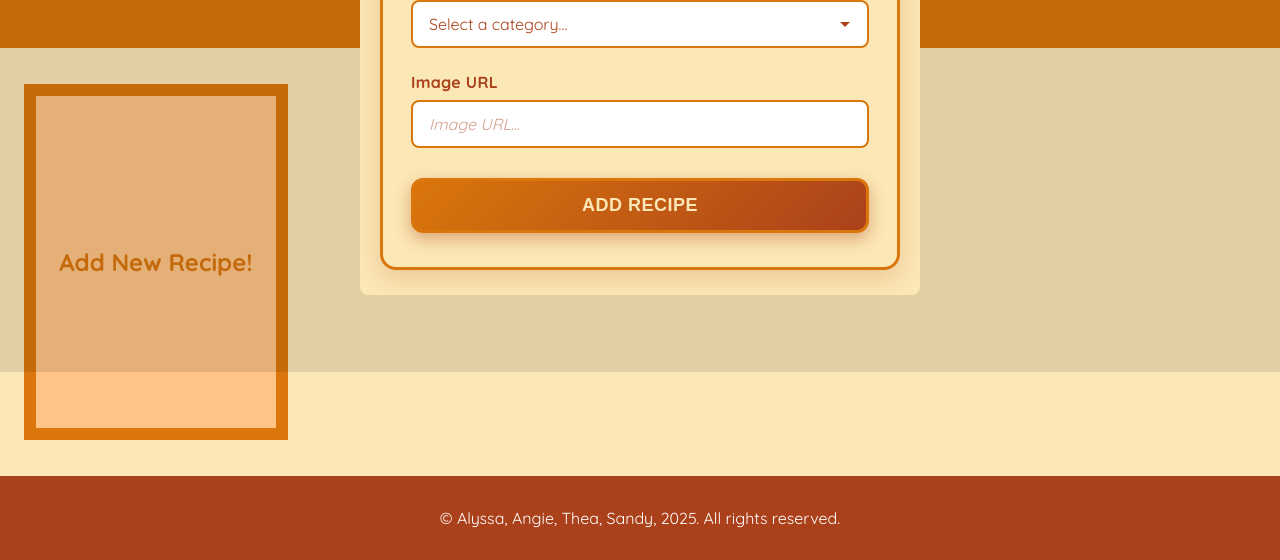
Repository: AlyssaHug/Recipes
Page: /, after clicking the first element matching `button.button`
These files come from the project's save history. The page is drawn as it stood at one moment and after the next save; the edit follows.
The browser window is 1280 px wide. The pictures show the part of the page from y = 348 to 908 px (the page is 908 px tall).
The pointer rests on the first visible `.create-button`.
The page's requests for data from a server got no answer. The project was rebuilt for these pictures with package versions that can differ from the ones it lists, and the page was loaded fresh each time. No one was signed in, and anything a server would have sent is missing. Also part of the build but not shown: vite.config.js, src/components/Card.jsx.

Above is the page before, as saved 2025-11-15 04:16:46.

### src/index.css
/*====CSS Variables====*/
:root {
    /* Color Variables - using existing colors only */
    --primary-color: #ab411b;
    --secondary-color: #da760b;
    --tertiary-color: #e9b883;
    --fourth-color: #ffc486;
    --light-color: #fce7b6;

    /* Font Variables */
    --font-family: "Quicksand", arial;
    --font-size-large: 24px;
    --font-size-medium: 16px;
    --font-weight-bold: bold;
    --font-weight-medium: 500;
}

/*====Header Styles====*/
header {
    background-color: var(--secondary-color);
    padding: 3em 4em;
    justify-content: center;
    margin-bottom: 5vh;
    display: flex;
    > .header-content {
        display: flex;
        flex-direction: column;
        justify-content: center;
        margin-right: 60px;
    }
}
.header-content h1 {
    margin: 0;
    font-size: 3em;
    color: white;
    text-align: center;
}
span {
    font-weight: var(--font-weight-bold);
}
.header-content p {
    margin: 0;
    font-size: 1.25em;
    color: var(--light-color);
    margin-bottom: 20px;
}
.header-img {
    max-width: 200px;
    border-radius: 10%;
}

/*====Card Styles====*/
.card {
    width: 264px;
    height: 356px;
    position: relative;
    align-items: center;
    border: 6px solid var(--primary-color);
    text-align: center;
    background-color: var(--tertiary-color);
}
.title {
    color: var(--primary-color);
    font-weight: var(--font-weight-bold);
    margin-top: 0;
    margin-bottom: 12px;
}
.recipe_name {
    color: var(--primary-color);
    font-weight: var(--font-weight-bold);
    font-size: var(--font-size-large);
    margin-top: 0;
    margin-bottom: 12px;
}
.view,
a {
    text-decoration: none;
    color: var(--light-color);
    background-color: var(--primary-color);
    cursor: pointer;
    font-weight: var(--font-weight-medium);
    font-size: var(--font-size-medium);
    margin: 4px 8px 0;
    padding: 10px;
}
.cardImg {
    max-width: 220px;
    margin: 20px;
}
.card.selected {
    border: 6px solid var(--secondary-color);
    color: var(--light-color);
    background-color: var(--fourth-color);
    .recipe_name {
        color: var(--secondary-color);
    }
    .view,
    a {
        color: var(--primary-color);
        background-color: var(--secondary-color);
        font-weight: 800;
    }
}

/* Saving icon(archive) */
/*
 * SVG COLOR METHODS:
 *
 * Method 1: CSS Filters (current approach - works with <img> tags)
 * - Use filter property to change colors
 * - White: filter: brightness(0) invert(1);
 * - Black: filter: brightness(0);
 * - Custom colors: Use filter generators or adjust sepia/hue-rotate
 *
 * Method 2: Inline SVG (better control - requires changing Card.jsx)
 * - Change <img> to inline <svg> in Card.jsx
 * - Then use: color: var(--primary-color); or fill: currentColor;
 * - Your SVG files already use currentColor, so this would work perfectly
 */
.archive-icon {
    position: absolute;
    top: 10px;
    right: 10px;
    background: white;
    border: 2px solid var(--primary-color);
    border-radius: 50%;
    width: 40px;
    height: 40px;
    display: flex;
    align-items: center;
    justify-content: center;
    cursor: pointer;
    z-index: 10;
    padding: 0;
}
.archive-icon:hover {
    background: var(--light-color);
}
.archive-icon-img {
    width: 25px;
    height: 25px;
    display: block;
    /* Method 1: CSS Filter - Change color using filters */
    /* For primary color (brownish): */
    filter: brightness(0) saturate(100%) invert(25%) sepia(60%) saturate(2000%)
        hue-rotate(350deg) brightness(0.7);
    /* For white: filter: brightness(0) invert(1); */
    /* For black: filter: brightness(0); */
}
.archive-icon.filled {
    background: var(--secondary-color);
    border-color: var(--secondary-color);
}
.archive-icon.filled .archive-icon-img {
    /* White icon for filled state */
    filter: brightness(0) invert(1);
}
.archive-icon.filled:hover {
    background: var(--primary-color);
    border-color: var(--primary-color);
}
/*====Button Styles====*/
.button {
    width: 264px;
    height: 356px;
    font-family: var(--font-family);
    font-size: var(--font-size-large);
    font-weight: var(--font-weight-bold);
    color: var(--secondary-color);
    background-color: var(--fourth-color);
    border: 12px solid var(--secondary-color);
    text-align: center;
    margin-left: 24px;
    cursor: pointer;
    padding: 16px;
}

/*====Footer Styles====*/
footer {
    background-color: var(--primary-color);
    color: white;
    text-align: center;
    margin-top: 5vh;
    padding: 1em 0;
    bottom: 0;
    width: 100%;
}

### src/App.jsx
import "./App.css";
import React, { useState, useEffect } from "react";
import Recipe from "./components/Card";
import Add from "./components/Add";
import Header from "./components/Header";
import Footer from "./components/Footer";

function App() {
    const [recipes, setRecipes] = useState([]);
    useEffect(() => {
        fetch("https://www.themealdb.com/api/json/v1/1/search.php?s=")
            .then((response) => {
                if (!response.ok) {
                    throw new Error("Network response was not ok");
                }
                return response.json();
            })
            .then((data) => {
                if (data.meals) {
                    setRecipes(data.meals);
                } else {
                    setError("No recipes found.");
                }
            });
    }, []);

    function showRecipes(recipe) {
        return <Recipe recipe={recipe} />;
    }

    return (
        <div>
            <Header />
            <Add />
            <div className='recipes'>{recipes.map(showRecipes)}</div>

            <Footer />
        </div>
    );
}

export default App;

### src/App.css
@import url("https://fonts.googleapis.com/css2?family=Quicksand:wght@300..700&display=swap");
html,
body {
    background: #fce7b6;
    margin: 0;
    padding: 0;
    font-family: "Quicksand", arial;
}

main {
    flex: 1 0 auto; /* Allows main content to grow and not shrink */
    font-family: Verdana, Geneva, Tahoma, sans-serif;
}
.content {
    display: grid;
    grid-template-columns: 200px auto;
}
.recipes {
    display: flex;
    flex-wrap: wrap;
    gap: 60px;
    padding: 0 2em;
    justify-content: center;
}

### src/components/Add.jsx
import Modal from "./Modal/Modal";

function Add() {
return (
<div>
    <Modal btnLabel="Add New Recipe!" btnClassName="button">Add New Recipe!</Modal>
</div>
);
}

export default Add;

### src/components/Header.jsx
export default function Header() {
    return (
        <header>
            <div className='header-content'>
                <h1 className='title'>Recipes Catalog 🥗</h1>
                <p>
                    <span>Members:</span> Alyssa, Angie, Thea, Sandy
                </p>
            </div>
            <img
                src='https://img.freepik.com/premium-vector/set-coffee-equipment_73637-503.jpg'
                alt='header-img-decor'
            />
        </header>
    );
}

### src/components/Footer.jsx
export default function Footer() {
    return (
        <footer>
            <p>&copy; Alyssa, Angie, Thea, Sandy, 2025. All rights reserved.</p>
        </footer>
    );
}

### src/components/Modal/Modal.jsx
import { useRef } from "react";
import NewForm from "../NewForm/NewForm";
import "./Modal.css";

function Modal({ btnLabel, btnClassName }) {
    const modalRef = useRef();

    function handleclick(e) {
        modalRef.current.showModal();
    }

    return (
        <>
            <button
                className={btnClassName}
                onClick={handleclick}>
                {" "}
                {btnLabel}{" "}
            </button>
            <dialog
                ref={modalRef}
                className='modal'>
                <NewForm />
            </dialog>
        </>
    );
}
export default Modal;

### src/components/NewForm/NewForm.jsx
import { useState, useEffect } from "react";
import "./NewForm.css";

function NewForm() {
    const [categories, setCategories] = useState([]);

    useEffect(() => {
        fetch("https://www.themealdb.com/api/json/v1/1/list.php?c=list")
            .then((response) => {
                if (!response.ok) {
                    throw new Error("Failed to fetch categories");
                }
                return response.json();
            })
            .then((data) => {
                if (data.meals) {
                    setCategories(data.meals);
                }
            })
            .catch((err) => {
                console.error("Error fetching categories:", err);
            });
    }, []);

    function handleSubmit(e) {
        e.preventDefault();
    }
    return (
        <div className="form-container">
            <h2 className="form-title"> Add a new recipe </h2>
            <form>

                <div className="form-control">
                    <label htmlFor="recipe-name"> Recipe Name </label>
                    <input type="text" name="recipe-name" placeholder="Recipe Name..." />
                </div>

                <div className="form-control">
                    <label htmlFor="food-category"> Food Category </label>
                    <select name="food-category" id="food-category" required>
                        <option value="">Select a category...</option>
                        {categories.map((category) => (
                            <option key={category.strCategory} value={category.strCategory}>
                                {category.strCategory}
                            </option>
                        ))}
                    </select>
                </div>

                <div className="form-control">
                    <label htmlFor="image-url"> Image URL </label>
                    <input type="url" name="image-url" placeholder="Image URL..." />
                </div>

                <button className="create-button" value="submit"> Add Recipe </button>

            </form>
        </div>
    );
}

export default NewForm;

### src/components/Modal/Modal.css
.modal {
    border: none;
    border-radius: 8px;
    padding: 20px;
    width: 520px;
    max-width: 100vw;
    background-color: var(--light-color);
}

.modal .header {
    display: flex;
    align-items: center;
    justify-content: space-between;
    padding: 16px 24px;
}

### src/components/NewForm/NewForm.css
/*====Form Styles====*/
.form-container {
    background-color: var(--light-color);
    border: 3px solid var(--secondary-color);
    border-radius: 16px;
    padding: 32px 28px;
    margin: 5px auto;
    max-width: 520px;
    box-shadow: 0 8px 24px rgba(171, 65, 27, 0.2);
}

.form-control {
    margin-bottom: 24px;
}

.form-title {
    color: var(--primary-color);
    font-weight: var(--font-weight-bold);
    font-size: 28px;
    margin-bottom: 24px;
    text-align: center;
    text-shadow: 2px 2px 4px rgba(171, 65, 27, 0.1);
    letter-spacing: 0.5px;
}

.form-control label {
    display: block;
    margin-bottom: 8px;
    color: var(--primary-color);
    font-weight: var(--font-weight-bold);
    font-size: var(--font-size-medium);
    letter-spacing: 0.3px;
}

.form-control input,
.form-control select {
    width: 100%;
    padding: 12px 16px;
    border: 2px solid var(--secondary-color);
    border-radius: 8px;
    font-size: var(--font-size-medium);
    font-family: var(--font-family);
    background-color: white;
    color: var(--primary-color);
    transition: all 0.3s ease;
    box-sizing: border-box;
}

.form-control input:focus,
.form-control select:focus {
    outline: none;
    border-color: var(--primary-color);
    box-shadow: 0 0 0 3px rgba(171, 65, 27, 0.1);
    transform: translateY(-1px);
}

.form-control input::placeholder {
    color: rgba(171, 65, 27, 0.5);
    font-style: italic;
}

.form-control select {
    cursor: pointer;
    appearance: none;
    background-image: url("data:[embedded picture, 161 characters]");
    background-repeat: no-repeat;
    background-position: right 16px center;
    padding-right: 40px;
}

.create-button {
    width: 100%;
    padding: 14px 24px;
    border: 3px solid var(--primary-color);
    border-radius: 12px;
    background: linear-gradient(135deg, var(--primary-color) 0%, var(--secondary-color) 100%);
    color: var(--light-color);
    font-weight: var(--font-weight-bold);
    font-size: 18px;
    cursor: pointer;
    margin-top: 8px;
    transition: all 0.3s ease;
    box-shadow: 0 4px 12px rgba(171, 65, 27, 0.3);
    letter-spacing: 0.5px;
    text-transform: uppercase;
}

.create-button:hover {
    background: linear-gradient(135deg, var(--secondary-color) 0%, var(--primary-color) 100%);
    transform: translateY(-2px);
    box-shadow: 0 6px 16px rgba(171, 65, 27, 0.4);
    border-color: var(--secondary-color);
}

.create-button:active {
    transform: translateY(0);
    box-shadow: 0 2px 8px rgba(171, 65, 27, 0.3);
}

Loaded but not shown: index.html (common file); src/main.jsx (common file)

After the next save:
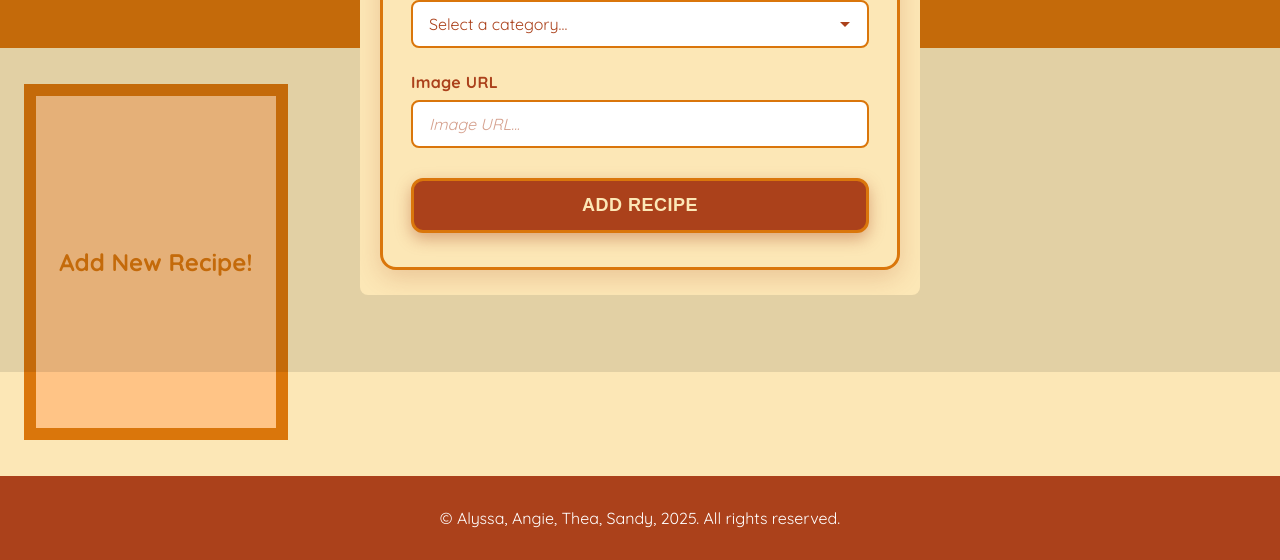
Saved 49 s later.
--- a/src/components/NewForm/NewForm.css
+++ b/src/components/NewForm/NewForm.css
@@ -86,7 +86,7 @@
 }
 
 .create-button:hover {
-    background: linear-gradient(135deg, var(--secondary-color) 0%, var(--primary-color) 100%);
+    background: var(--primary-color);
     transform: translateY(-2px);
     box-shadow: 0 6px 16px rgba(171, 65, 27, 0.4);
     border-color: var(--secondary-color);

After the save that followed:
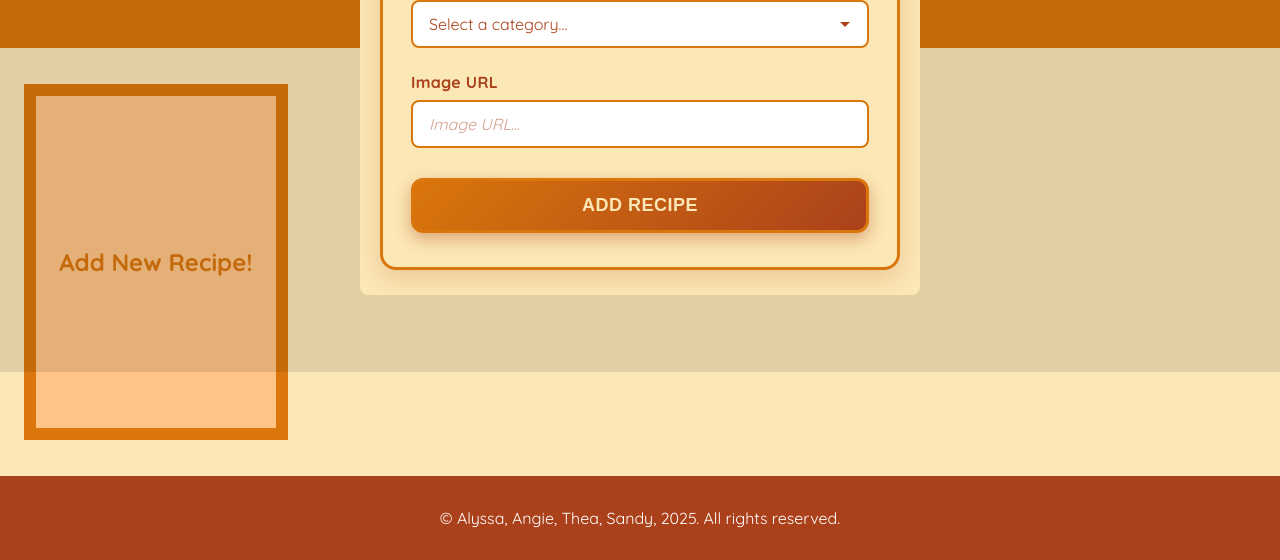
Saved 14 s later.
--- a/src/components/NewForm/NewForm.css
+++ b/src/components/NewForm/NewForm.css
@@ -86,7 +86,7 @@
 }
 
 .create-button:hover {
-    background: var(--primary-color);
+    background: linear-gradient(135deg, var(--secondary-color) 0%, var(--primary-color) 100%);
     transform: translateY(-2px);
     box-shadow: 0 6px 16px rgba(171, 65, 27, 0.4);
     border-color: var(--secondary-color);
